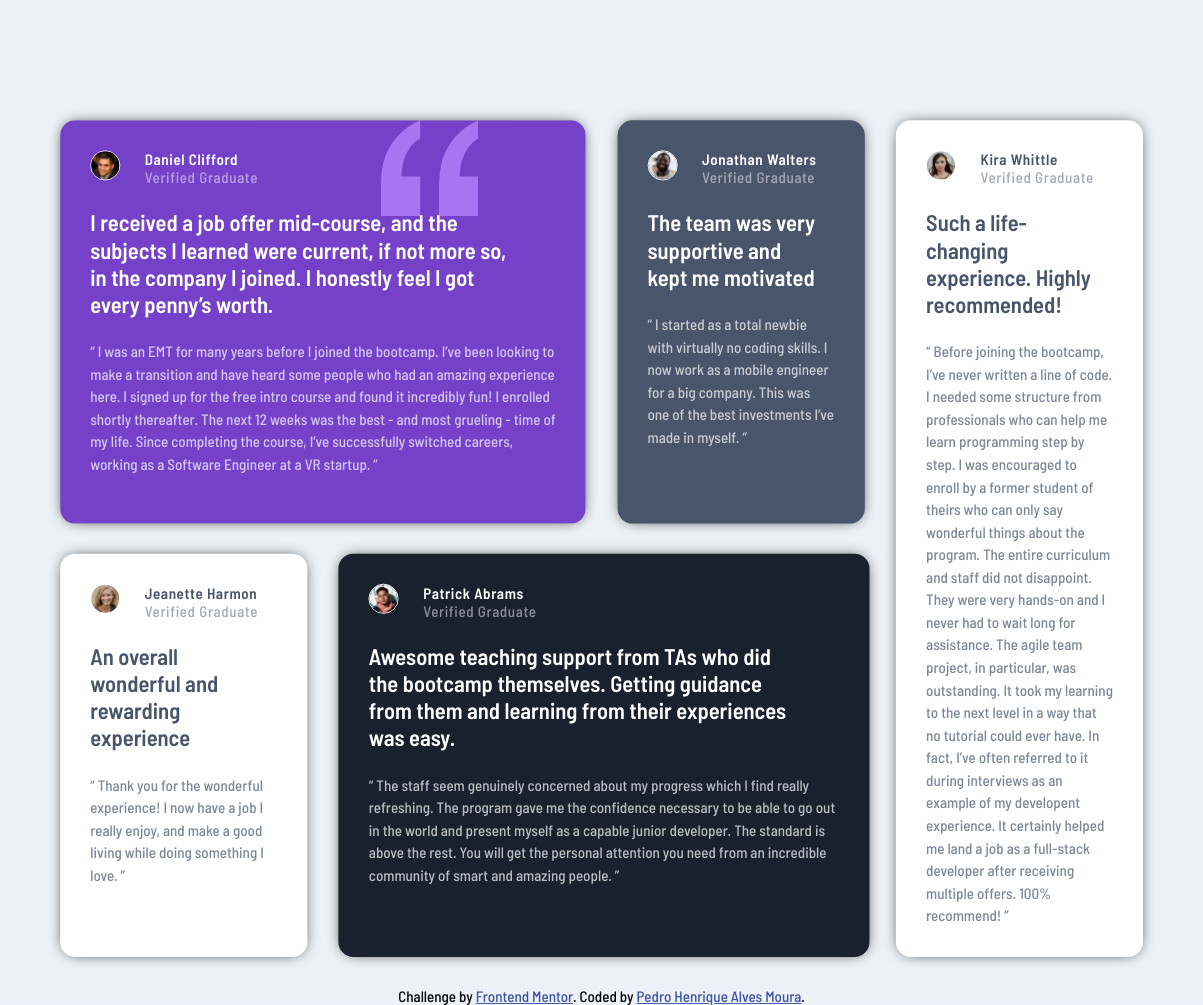
Repository: Pedrohamoura-Git/Frontend-Mentor-Challenges
Page: Junior/testimonials-grid-section-main/index.html
The author's editor kept a copy of each file at every save. The page is drawn from the files as they stood at one save, then again after the next save.
The browser window is 1280 px wide. The pictures show the whole page, at 94% of full size.

Above is the page before, as saved 2021-06-02 12:10:53.

After the next save:
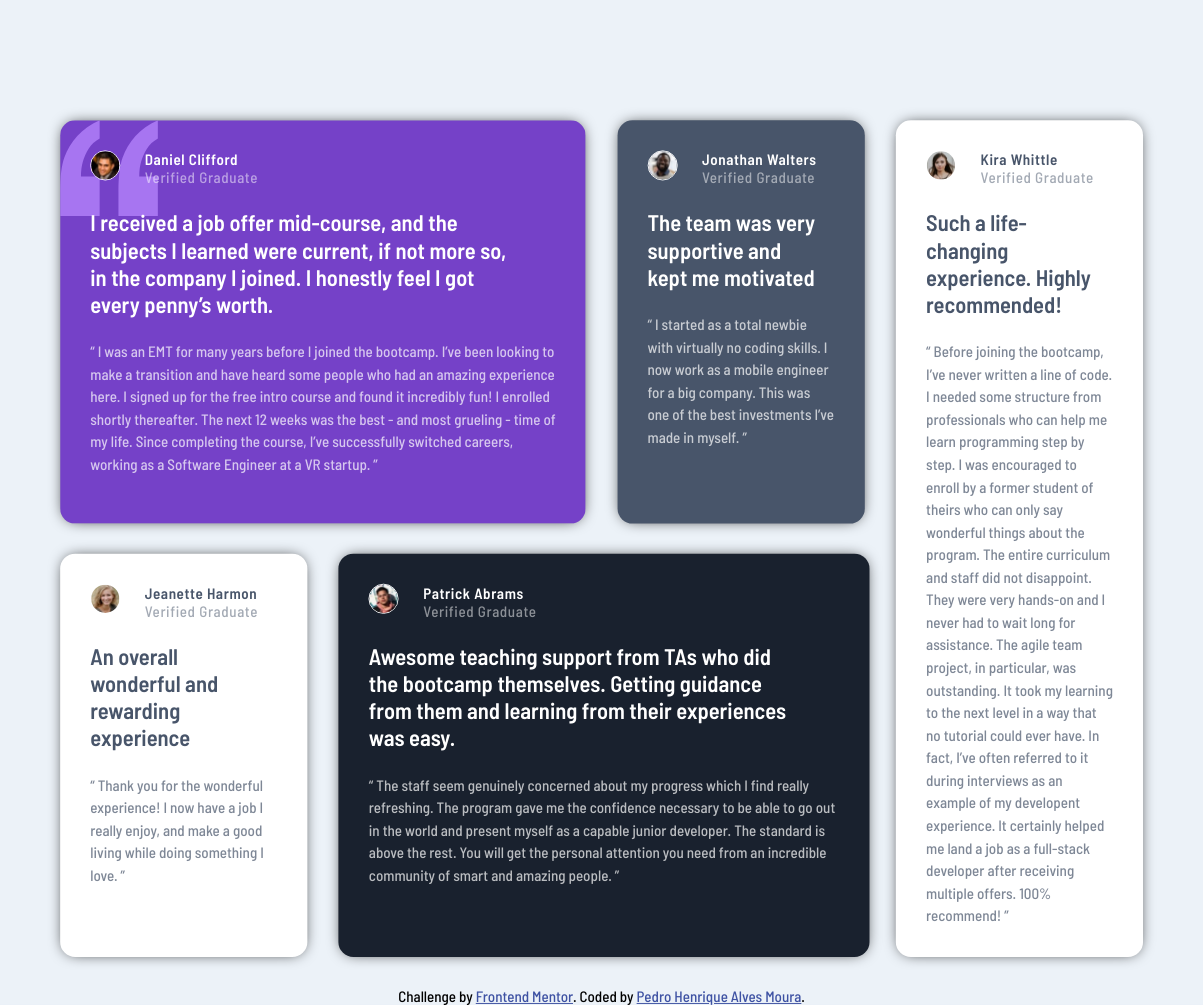
Saved 29 s later.
--- a/Junior/testimonials-grid-section-main/css/style.css
+++ b/Junior/testimonials-grid-section-main/css/style.css
@@ -107,7 +107,7 @@
     #card1 {
         background-image: url(../images/bg-pattern-quotation.svg);
         background-repeat: no-repeat;
-        background-position-x: 75%;
+        /* background-position-x: 75%; */
         background-color: hsl(263, 55%, 52%);
     }
 
